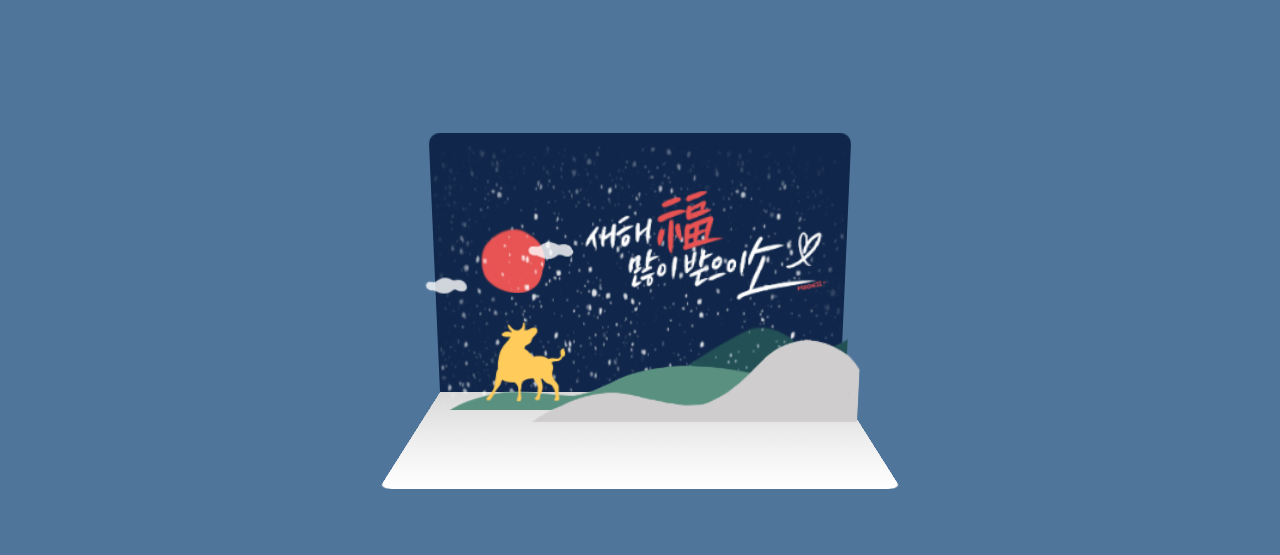
Repository: siwon9898/interaction_practice
Page: section6/index.html
These files come from the project's save history. The page is drawn as it stood at one moment and after the next save; the edit follows.
The browser window is 1280 px wide. The pictures show the whole page.
After loading, the first visible `button` was clicked once.

Above is the page before, as saved 2021-10-05 20:44:20.

### section6/index.html
<!DOCTYPE html>
<html lang="en">

<head>
    <meta charset="UTF-8">
    <meta http-equiv="X-UA-Compatible" content="IE=edge">
    <meta name="viewport" content="width=device-width, initial-scale=1.0">
    <meta property="og:image" content="../image/thumb.jpg" />

    <link rel="stylesheet" type="text/css" href="./css/reset.css" />
    <link rel="stylesheet" type="text/css" href="./css/motion.css" />
    <script type="text/javascript" src="./js/motion.js"></script>

    <title>새복많받</title>
</head>

<body>
    <button type="button">Click! -LEECOOL :) </button>
    <div class="contentWrap">
        <div class="front">
            <h1></h1>
            <div class="sun"></div>
            <div class="cloud1"></div>
            <div class="cloud2"></div>

            <div class="m1"></div>
            <div class="m2"></div>
            <div class="snow"></div>
            <div class="m3"></div>
            <div class="cow"></div>
        </div>
        <div class="back">
            <p class="msg"></p>
            <h3></h3>
        </div>
    </div>

    <div class="userWrap">
        <input class="username" type="text" placeholder="보내는 이름">
        <input class="usermsg" type="text" placeholder="전하는 메시지">
    </div>

</body>

</html>

### section6/css/reset.css
/*! normalize.css v3.0.2 | MIT License | git.io/normalize */

/**
 * 1. Set default font family to sans-serif.
 * 2. Prevent iOS text size adjust after orientation change, without disabling
 *    user zoom.
 */

html {
  font-family: sans-serif;
  /* 1 */
  -ms-text-size-adjust: 100%;
  /* 2 */
  -webkit-text-size-adjust: 100%;
  /* 2 */
}

/**
   * Remove default margin.
   */

body {
  margin: 0;
}

/* HTML5 display definitions
     ========================================================================== */

/**
   * Correct `block` display not defined for any HTML5 element in IE 8/9.
   * Correct `block` display not defined for `details` or `summary` in IE 10/11
   * and Firefox.
   * Correct `block` display not defined for `main` in IE 11.
   */

article,
aside,
details,
figcaption,
figure,
footer,
header,
hgroup,
main,
menu,
nav,
section,
summary {
  display: block;
}

/**
   * 1. Correct `inline-block` display not defined in IE 8/9.
   * 2. Normalize vertical alignment of `progress` in Chrome, Firefox, and Opera.
   */

audio,
canvas,
progress,
video {
  display: inline-block;
  /* 1 */
  vertical-align: baseline;
  /* 2 */
}

/**
   * Prevent modern browsers from displaying `audio` without controls.
   * Remove excess height in iOS 5 devices.
   */

audio:not([controls]) {
  display: none;
  height: 0;
}

/**
   * Address `[hidden]` styling not present in IE 8/9/10.
   * Hide the `template` element in IE 8/9/11, Safari, and Firefox < 22.
   */

[hidden],
template {
  display: none;
}

/* Links
     ========================================================================== */

/**
   * Remove the gray background color from active links in IE 10.
   */

a {
  background-color: transparent;
}

/**
   * Improve readability when focused and also mouse hovered in all browsers.
   */

a:active,
a:hover {
  outline: 0;
}

/* Text-level semantics
     ========================================================================== */

/**
   * Address styling not present in IE 8/9/10/11, Safari, and Chrome.
   */

abbr[title] {
  border-bottom: 1px dotted;
}

/**
   * Address style set to `bolder` in Firefox 4+, Safari, and Chrome.
   */

b,
strong {
  font-weight: bold;
}

/**
   * Address styling not present in Safari and Chrome.
   */

dfn {
  font-style: italic;
}

/**
   * Address variable `h1` font-size and margin within `section` and `article`
   * contexts in Firefox 4+, Safari, and Chrome.
   */

h1 {
  font-size: 2em;
  margin: 0.67em 0;
}

/**
   * Address styling not present in IE 8/9.
   */

mark {
  background: #ff0;
  color: #000;
}

/**
   * Address inconsistent and variable font size in all browsers.
   */

small {
  font-size: 80%;
}

/**
   * Prevent `sub` and `sup` affecting `line-height` in all browsers.
   */

sub,
sup {
  font-size: 75%;
  line-height: 0;
  position: relative;
  vertical-align: baseline;
}

sup {
  top: -0.5em;
}

sub {
  bottom: -0.25em;
}

/* Embedded content
     ========================================================================== */

/**
   * Remove border when inside `a` element in IE 8/9/10.
   */

img {
  border: 0;
}

/**
   * Correct overflow not hidden in IE 9/10/11.
   */

svg:not(:root) {
  overflow: hidden;
}

/* Grouping content
     ========================================================================== */

/**
   * Address margin not present in IE 8/9 and Safari.
   */

figure {
  margin: 1em 40px;
}

/**
   * Address differences between Firefox and other browsers.
   */

hr {
  -moz-box-sizing: content-box;
  box-sizing: content-box;
  height: 0;
}

/**
   * Contain overflow in all browsers.
   */

pre {
  overflow: auto;
}

/**
   * Address odd `em`-unit font size rendering in all browsers.
   */

code,
kbd,
pre,
samp {
  font-family: monospace, monospace;
  font-size: 1em;
}

/* Forms
     ========================================================================== */

/**
   * Known limitation: by default, Chrome and Safari on OS X allow very limited
   * styling of `select`, unless a `border` property is set.
   */

/**
   * 1. Correct color not being inherited.
   *    Known issue: affects color of disabled elements.
   * 2. Correct font properties not being inherited.
   * 3. Address margins set differently in Firefox 4+, Safari, and Chrome.
   */

button,
input,
optgroup,
select,
textarea {
  color: inherit;
  /* 1 */
  font: inherit;
  /* 2 */
  margin: 0;
  /* 3 */
}

/**
   * Address `overflow` set to `hidden` in IE 8/9/10/11.
   */

button {
  overflow: visible;
  border: 0;
}

/**
   * Address inconsistent `text-transform` inheritance for `button` and `select`.
   * All other form control elements do not inherit `text-transform` values.
   * Correct `button` style inheritance in Firefox, IE 8/9/10/11, and Opera.
   * Correct `select` style inheritance in Firefox.
   */

button,
select {
  text-transform: none;
}

/**
   * 1. Avoid the WebKit bug in Android 4.0.* where (2) destroys native `audio`
   *    and `video` controls.
   * 2. Correct inability to style clickable `input` types in iOS.
   * 3. Improve usability and consistency of cursor style between image-type
   *    `input` and others.
   */

button,
html input[type="button"],
/* 1 */
input[type="reset"],
input[type="submit"] {
  -webkit-appearance: button;
  /* 2 */
  cursor: pointer;
  /* 3 */
}

/**
   * Re-set default cursor for disabled elements.
   */

button[disabled],
html input[disabled] {
  cursor: default;
}

/**
   * Remove inner padding and border in Firefox 4+.
   */

button::-moz-focus-inner,
input::-moz-focus-inner {
  border: 0;
  padding: 0;
}

/**
   * Address Firefox 4+ setting `line-height` on `input` using `!important` in
   * the UA stylesheet.
   */

input {
  line-height: normal;
}

/**
   * It's recommended that you don't attempt to style these elements.
   * Firefox's implementation doesn't respect box-sizing, padding, or width.
   *
   * 1. Address box sizing set to `content-box` in IE 8/9/10.
   * 2. Remove excess padding in IE 8/9/10.
   */

input[type="checkbox"],
input[type="radio"] {
  box-sizing: border-box;
  /* 1 */
  padding: 0;
  /* 2 */
}

/**
   * Fix the cursor style for Chrome's increment/decrement buttons. For certain
   * `font-size` values of the `input`, it causes the cursor style of the
   * decrement button to change from `default` to `text`.
   */

input[type="number"]::-webkit-inner-spin-button,
input[type="number"]::-webkit-outer-spin-button {
  height: auto;
}

/**
   * 1. Address `appearance` set to `searchfield` in Safari and Chrome.
   * 2. Address `box-sizing` set to `border-box` in Safari and Chrome
   *    (include `-moz` to future-proof).
   */

input[type="search"] {
  -webkit-appearance: textfield;
  /* 1 */
  -moz-box-sizing: content-box;
  -webkit-box-sizing: content-box;
  /* 2 */
  box-sizing: content-box;
}

/**
   * Remove inner padding and search cancel button in Safari and Chrome on OS X.
   * Safari (but not Chrome) clips the cancel button when the search input has
   * padding (and `textfield` appearance).
   */

input[type="search"]::-webkit-search-cancel-button,
input[type="search"]::-webkit-search-decoration {
  -webkit-appearance: none;
}

/**
   * Define consistent border, margin, and padding.
   */

fieldset {
  border: 1px solid #c0c0c0;
  margin: 0 2px;
  padding: 0.35em 0.625em 0.75em;
}

/**
   * 1. Correct `color` not being inherited in IE 8/9/10/11.
   * 2. Remove padding so people aren't caught out if they zero out fieldsets.
   */

legend {
  border: 0;
  /* 1 */
  padding: 0;
  /* 2 */
}

/**
   * Remove default vertical scrollbar in IE 8/9/10/11.
   */

textarea {
  overflow: auto;
}

/**
   * Don't inherit the `font-weight` (applied by a rule above).
   * NOTE: the default cannot safely be changed in Chrome and Safari on OS X.
   */

optgroup {
  font-weight: bold;
}

/* Tables
     ========================================================================== */

/**
   * Remove most spacing between table cells.
   */

table {
  border-collapse: collapse;
  border-spacing: 0;
}

td,
th {
  padding: 0;
}

### section6/css/motion.css
@import url("https://fonts.googleapis.com/css2?family=Handlee&display=swap");

body {
    background: #50759b;
    overflow: hidden;
}

button {
    position: absolute;
    top: 40%;
    left: 50%;
    transform: translateX(-50%);
    padding: 20px 45px;
    font-size: 20px;
    font-weight: 500;
    z-index: 10000;
    border-radius: 30px 30px 30px 30px;
    background: black;
    color: #fff;
    width: 290px;
}

button:before {
    content: " ";
    position: absolute;
    width: 50px;
    height: 50px;
    bottom: 60px;
    left: 30px;
    z-index: 0;
    background: url(/image/cow.png) center center/100% no-repeat;
    transition: all .3s ease-in-out;
}

button:hover:before {
    transform: translate(10px, -15px) scale(1.7);
}


button.dimd {
    display: none;
}

.contentWrap {
    position: absolute;
    top: 51%;
    left: 50%;
    transform: translate(-50%, -50%);
    transform-style: preserve-3d;
    perspective: 800px;
    visibility: hidden;
    opacity: 0;
}

.contentWrap.active {
    visibility: visible;
    opacity: 1;
}

.userWrap {
    position: absolute;
    top: 70%;
    left: 50%;
    transform: translate(-50%, -50%);
    visibility: hidden;
    opacity: 0;
}

.userWrap.active {
    visibility: visible;
    opacity: 1;
}
.contentWrap .front {
    position: relative;
    width: 400px;
    height: 250px;
    background: #10264a;
    transform: rotateX(-10deg);
    transform-origin: bottom center;
    transform-style: preserve-3d;
    perspective: 800px;
    border-radius: 10px 10px 0 0;
}

.contentWrap .front h1{
    position: absolute;
    top: 0;
    left: 0;
    width: 100%;
    height: 200px;
    background: url(/image/text.png) center top/200px no-repeat;
    transform: translate3d(55px, 40px, 57px);
}

.contentWrap .front .sun{
    position: absolute;
    top:0;
    left: 0;
    width: 100px;
    height: 100px;
    background: url(/image/sun.png) center bottom/60px no-repeat;
    transform: translate3d(30px, 50px, 10px);

}

.contentWrap .front .cloud1 {
    position: absolute;
    top: 0;
    width: 100px;
    height: 100px;
    background: url(/image/cloud.png) center center/40px no-repeat;
    transform: translate3d(70px, 60px, 30px);
    opacity: .8;
    z-index: 10;
}

.contentWrap .front .cloud2 {
    position: absolute;
    top: 0;
    width: 100px;
    height: 100px;
    background: url(/image/cloud.png) center center/36px no-repeat;

    transform: translate3d(-20px, 90px, 40px);
    opacity: .8;
    z-index: 10;
}

.contentWrap .front .m1 {
    position: absolute;
    bottom: 0;
    right: 0;
    width: 90%;
    height: 200px;
    background: url(/image/m1.png) right bottom/55% no-repeat;
    transform: translate3d(-8px, 0, 26px);
}

.contentWrap .front .m2 {
    position: absolute;
    bottom: 0;
    right: 0;
    width: 90%;
    height: 200px;
    background: url(/image//m2.png) right bottom/100% no-repeat;
    transform: translate3d(-10px, 0, 45px);
}

.contentWrap .front .m3 {
    position: absolute;
    bottom: 0;
    right: 0;
    width: 90%;
    height: 200px;
    background:url(/image/m3.png) right bottom/75% no-repeat;
    transform: translate3d(-20px, 0, 70px);
}

.contentWrap .front .cow {
    position: absolute;
    width: 70px;
    height: 70px;
    bottom: 0;
    left: 0;
    z-index: 10;
    background: url(/image/cow.png) center center/100% no-repeat;
    transform: translate3d(65px, -9px, 48px);

}

.contentWrap .front .snow {
    position: absolute;
    bottom: 0;
    left: 0;
    width: 100%;
    height: 230px;
    background: url(/image/snow.png) center bottom/90% no-repeat;
    transform: translate3d(0px, 0, 35px);
}

.contentWrap .back {
    position: relative;
    width: 400px;
    height: 200px;
    background: linear-gradient(180deg, #d8d8d8, #fff);
    border-radius: 0 0 10px 10px;
    transform: rotateX(70deg);
    transform-origin: top center;
    transform-style: preserve-3d;
    perspective: 800px;
}

.contentWrap .back h3 {
    position: absolute;
    font-size: 12px;
    text-align: right;
    font-weight: 100;
    right: 0px;
    bottom: 0;
    transform-origin: bottom;
    transform: translate3d(-20px, 0px, 2px);
    color: #000;
    font-family: 'Handlee', cursive, "Apple SD Gothic Neo", arial;
}

.contentWrap .back .msg {
    position: absolute;
    display: block;
    width: 100%;
    font-size: 12px;
    text-align: center;
    font-weight: 100;
    top: 100px;
    left: 0px;
    transform-origin: bottom;
    transform: translate3d(0px, 0px, 2px);
    color: #000;
}

### section6/js/motion.js
var wrap;
var x = 0,
  y = 0;
var mx = 0,
  my = 0;
var isMobile = false;
var isIos = false;

window.onload = function () {
  wrap = document.querySelector(".contentWrap");
  isMobile = mobileChk();
  isIos = iosChk();
  console.log("mobile?" + isMobile)
  console.log("ios?" + isIos)
  var button = document.querySelectorAll("button")[0];

  button.addEventListener("click", function () {
    button.classList.add("dimd");
    wrap.classList.add("active");

    if (isMobile) {
      if (isIos) {
        DeviceOrientationEvent.requestPermission().then(function () {
          mobileOrientationChk();
        }).catch(console.error);

      } else {
        mobileOrientationChk();
      }

      function mobileOrientationChk() {
        window.addEventListener("deviceorientation", function (event) {
          x = event.gamma;
          y = event.beta;
        });
        loopMobile();
      }

    } else {
      window.addEventListener("mousemove", function (e) {
        x = (e.clientX - window.innerWidth / 2);
        y = (e.clientY - window.innerHeight / 2);
      });
      loop();
    }
  });

}

function loopMobile() {
  mx += (x - mx) * .1;
  my += (y - my) * .1;

  wrap.style.transform = "translate3d(-50%, -50%, 0) rotateX(" + (my - 50) + "deg) rotateY(" + (mx) + "deg)";
  window.requestAnimationFrame(loopMobile);


}

function loop() {
  mx += (x - mx) * .1
  my += (y - my) * .1;

  wrap.style.transform = "translate3d(-50%, -50%, 0) rotateX(" + (my / 10) + "deg) rotateY(" + (-mx / 10) + "deg)";

  window.requestAnimationFrame(loop);
}

function mobileChk() {
  var mobileKeyWords = new Array('Android', 'iPhone', 'iPad', 'BlackBerry', 'Windows CE', 'SAMSUNG', 'LG', 'MOT', 'SonyEricsson');
  for (var info in mobileKeyWords) {
    if (navigator.userAgent.match(mobileKeyWords[info]) != null) {
      return true;
    }
  }
  return false;
}

function iosChk(){
  var mobileKeyWords = new Array ('iPhone', 'iPad');
  for (var info in mobileKeyWords){
    if(navigator.userAgent.match(mobileKeyWords[info]) != null){
      return true;
    }
  }
  return false;
}

After the next save:
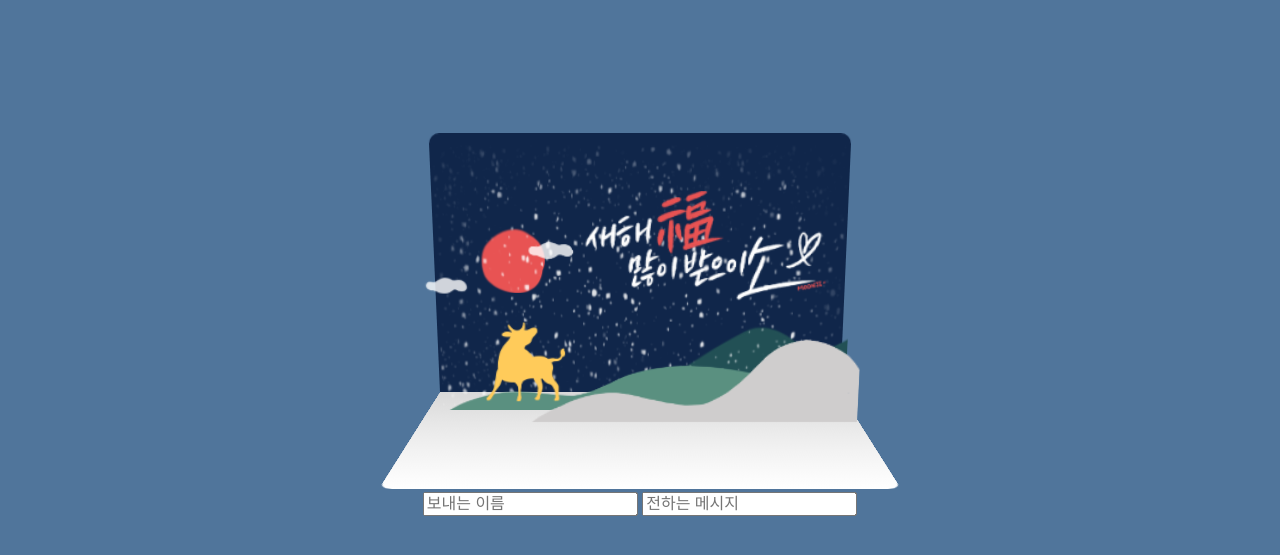
Saved 60 s later.
--- a/section6/js/motion.js
+++ b/section6/js/motion.js
@@ -8,6 +8,7 @@ var isIos = false;
 
 window.onload = function () {
   wrap = document.querySelector(".contentWrap");
+  userwrap = document.querySelector(".userWrap");
   isMobile = mobileChk();
   isIos = iosChk();
   console.log("mobile?" + isMobile)
@@ -17,6 +18,8 @@ window.onload = function () {
   button.addEventListener("click", function () {
     button.classList.add("dimd");
     wrap.classList.add("active");
+    userwrap.classList.add("active");
+
 
     if (isMobile) {
       if (isIos) {
